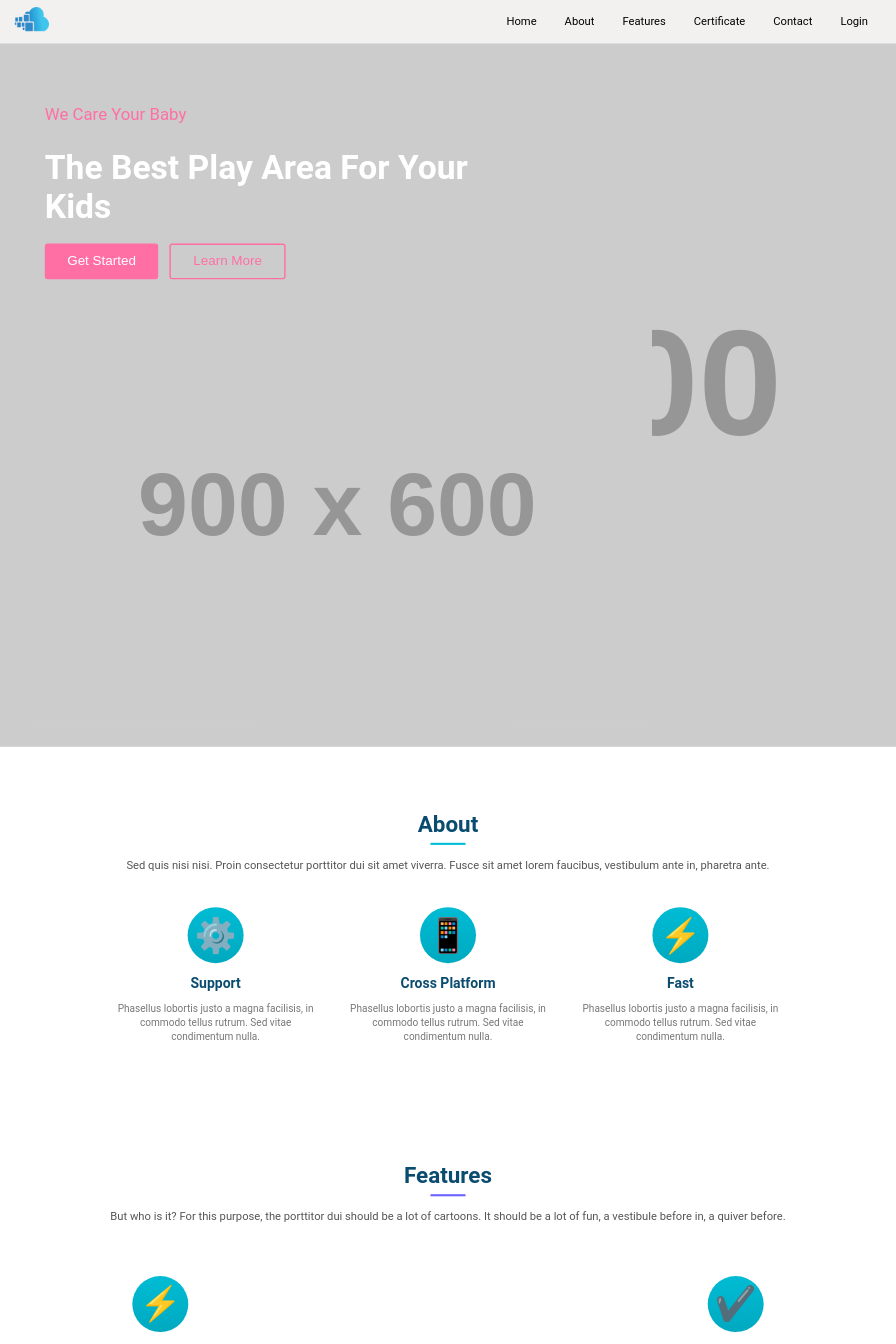
Repository: gautamsonam011/Institute
Page: /
These files come from the project's save history. The page is drawn as it stood at one moment and after the next save; the edit follows.
The browser window is 1280 px wide. The pictures show the part of the page from y = 0 to 1920 px (the page is 3941 px tall before and 3701 px after), at 70% of full size.
The project was rebuilt for these pictures with package versions that can differ from the ones it lists, and the page was loaded fresh each time. Also part of the build but not shown: vite.config.js, src/Header.jsx, src/Sidebar.jsx, src/Home.jsx, src/students/Addstudent.jsx, src/students/allstudent.css, src/students/Allstudents.jsx, src/Fee management/feehead.css and 9 more.

Above is the page before, as saved 2024-11-28 10:39:15.

After the next save:
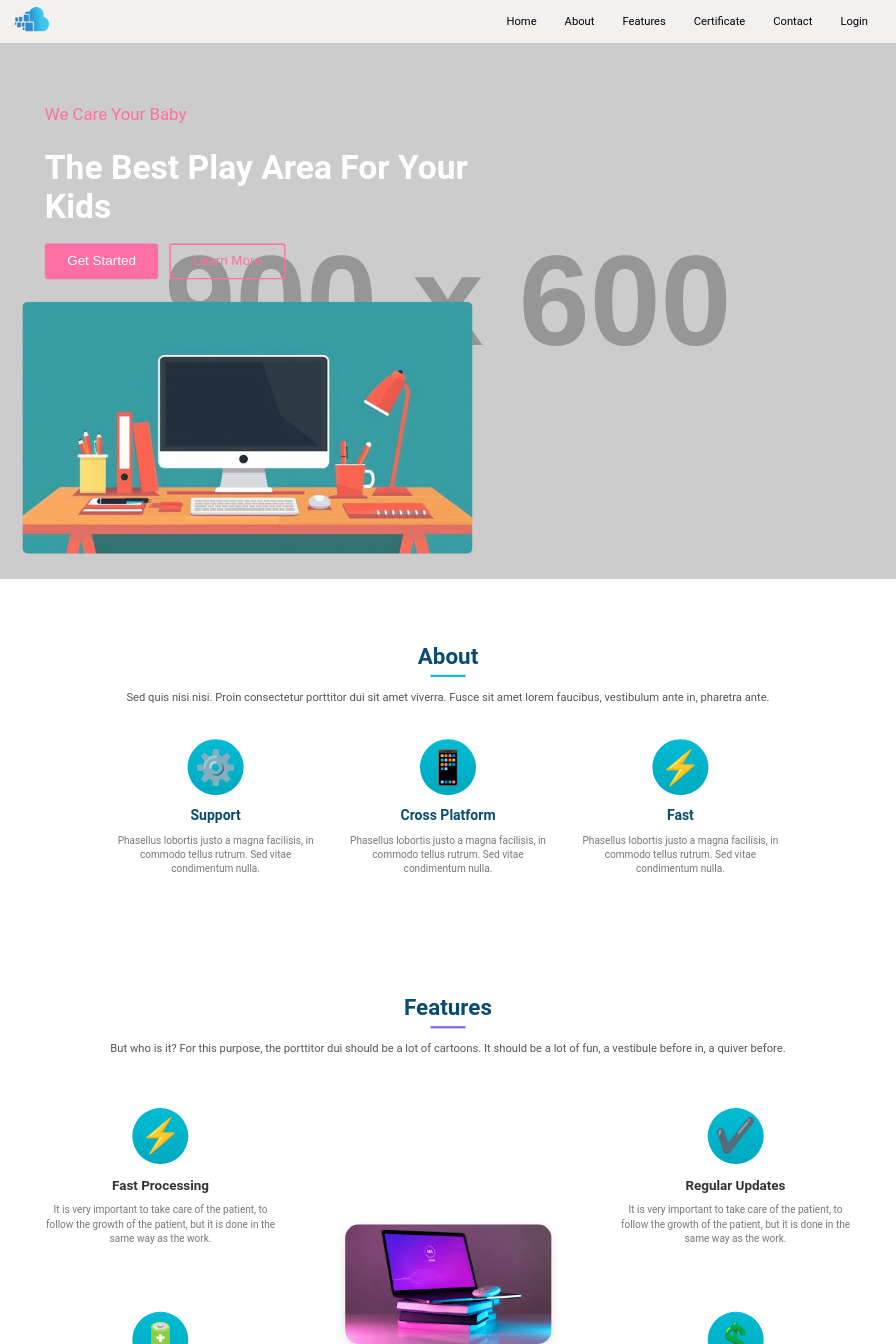
Saved 74 s later.
--- a/src/components/Main.jsx
+++ b/src/components/Main.jsx
@@ -1,5 +1,6 @@
 import React from "react";
 import "./main.css";
+import maingbg2 from '../assets/mainbg2.jpg'
 
 const HeroSection = () => {
   return (
@@ -14,7 +15,7 @@ const HeroSection = () => {
       </div>
       <div className="hero-image">
         <img
-          src="https://via.placeholder.com/900x600" /* Replace with your actual image URL */
+          src={maingbg2} /* Replace with your actual image URL */
           alt="Kids playing"
         />
       </div>
